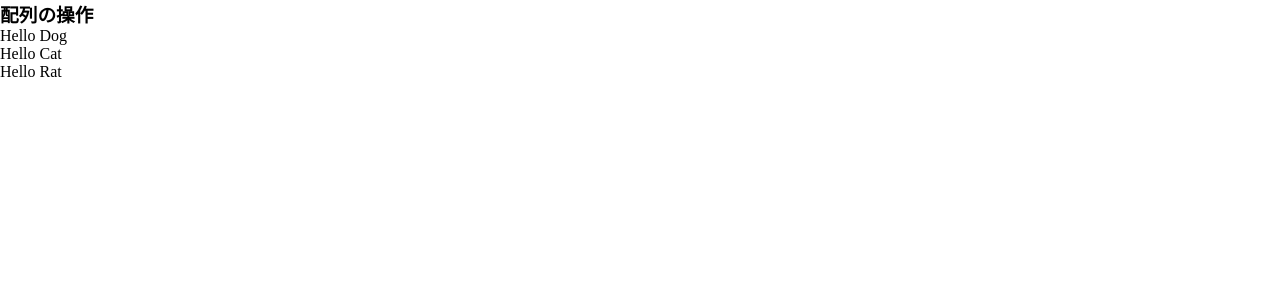
Repository: FujieRyou/react_practice
Page: /
An editor plug-in stored every save of this project. The page is shown before and after the next save, followed by the edit.
The browser window is 1280 px wide. The pictures show the whole page.
The project was rebuilt for these pictures with package versions that can differ from the ones it lists, and the page was loaded fresh each time. Also part of the build but not shown: vite.config.js, src/components/testComponent.jsx, src/components/todoComponent.jsx, src/components/countUp.jsx, src/components/switchFlag.jsx, src/components/props1.jsx, src/components/profile.jsx, src/components/ivent.jsx and 2 more.

Above is the page before, as saved 2023-01-23 16:27:22.

### src/App.jsx
import { useEffect } from "react"
import { useRef } from "react"
import { useState } from "react"
import TestComponent from "./components/testComponent"
import styles from "./scss/style.scss"
import Todolist from "./components/todoComponent"
import CountUp from "./components/countUp"
import SwitchFlag from "./components/switchFlag"
import PropsPractice from "./components/props1"
import Profile from "./components/profile"
import ChangeIvent from "./components/ivent"
import InputInterlocking from "./components/inputInterlocking"
import ShuffleNumArray from "./components/ShuffleNumArray"
import ArrayDisplay from "./components/arrayListDisplay"


const App = () =>{
  const profileInfo = [
    {name:"Takasi",age:20,from:"大阪"},
    {name:"Hirosi",age:19,from:"東京"},
    {name:"Musasi",age:21,from:"名古屋"},
]


  return(
    <div>
      {/* todolist作成中 */}
      {/* <Todolist /> */}

      {/* 押すたびにcountがupする(useState練習) */}
      {/* < CountUp /> */}

      {/* 押すたびにON,OFFがきりかわる(useState練習) */}
      {/* <SwitchFlag /> */}

    {/* props練習 */}
    {/* <PropsPractice color="red"/>
    <PropsPractice num={123}/>

    <Profile
      name={profileInfo[0].name}
      age={profileInfo[0].age}
      from={profileInfo[0].from}
    />

    <Profile
      {...profileInfo[1]}
    />

    <Profile/>

    <ChangeIvent />

    <InputInterlocking />

    <ShuffleNumArray /> */}

    <ArrayDisplay />

    </div>






  )
}


export default App

### src/scss/style.scss
@forward "_ress";

input{
    border: solid 1px black;
    width: 200px;
    height: 32px;
}

.btn{
    width: 56px;
    height: 32px;
    background-color: aquamarine;
}

.list{
    width: 200px;
    height: 100px;
    background-color: tomato;
    border: solid 1px skyblue;
    padding: 10px 12px;
    list-style-type: none;
}

.component{
    width: 200px;
    height: 150px;
    border: solid 5px green;
    color: green;
}
.component.red{
    width: 200px;
    height: 150px;
    border: solid 5px red;
    color: red;
}

.mouseInOut{
    width: 200px;
    height: 200px;
    background-color: aquamarine;
    margin-top: 20px;
}

.todoWrap{
    width: 400px;
    height: auto;
    margin: 0 auto;
    padding-top: 40px;
    h2{
        font-size: 26px;
    }
}

.addBtn{
    width: 80px;
    height: 54px;
    background-color: skyblue;
    margin-left: 8px;
}

.txtArea{
    width: 300px;
    height: 54px;
    margin-top: 24px;
    font-size: 24px;
}

.additionBtn{
    width: 40px;
    height: 40px;
    background-color: skyblue;
    margin-left: 4px;
}

.inputValueFilter{
    width: 100px;
    height: 24px;
    border: solid 1px black;
}

### src/components/arrayListDisplay.jsx
const animals = ["Dog","Cat","Rat"];
const ArrayDisplay = () =>{
    const animalList = []
    for(const animal of animals){
        animalList.push(<li>{animal}</li>)
    }
    const helloAnimals = animals.map((animal)=> <li>Hello {animal}</li>)
    return(
        <div>
            <h3>配列の操作</h3>
            <ul>
                {/* <li>{animals[0]}</li>
                <li>{animals[1]}</li>
                <li>{animals[2]}</li> */}
                {/* {animalList} */}
                {/* {helloAnimals} */}
                {
                    animals.map((animal)=> <li key={animal}>Hello {animal}</li>)
                }
            </ul>
        </div>
    )
}

export default ArrayDisplay

### src/scss/_ress.scss
/*!
 * ress.css • v4.0.0
 * MIT License
 * github.com/filipelinhares/ress
 */

/* # =================================================================
   # Global selectors
   # ================================================================= */

   html {
    box-sizing: border-box;
    -webkit-text-size-adjust: 100%; /* Prevent adjustments of font size after orientation changes in iOS */
    word-break: normal;
    -moz-tab-size: 4;
    tab-size: 4;
  }

  *,
  ::before,
  ::after {
    background-repeat: no-repeat; /* Set `background-repeat: no-repeat` to all elements and pseudo elements */
    box-sizing: inherit;
  }

  ::before,
  ::after {
    text-decoration: inherit; /* Inherit text-decoration and vertical align to ::before and ::after pseudo elements */
    vertical-align: inherit;
  }

  * {
    padding: 0; /* Reset `padding` and `margin` of all elements */
    margin: 0;
  }

  /* # =================================================================
     # General elements
     # ================================================================= */

  hr {
    overflow: visible; /* Show the overflow in Edge and IE */
    height: 0; /* Add the correct box sizing in Firefox */
    color: inherit; /* Correct border color in Firefox. */
  }

  details,
  main {
    display: block; /* Render the `main` element consistently in IE. */
  }

  summary {
    display: list-item; /* Add the correct display in all browsers */
  }

  small {
    font-size: 80%; /* Set font-size to 80% in `small` elements */
  }

  [hidden] {
    display: none; /* Add the correct display in IE */
  }

  abbr[title] {
    border-bottom: none; /* Remove the bottom border in Chrome 57 */
    /* Add the correct text decoration in Chrome, Edge, IE, Opera, and Safari */
    text-decoration: underline;
    text-decoration: underline dotted;
  }

  a {
    background-color: transparent; /* Remove the gray background on active links in IE 10 */
  }

  a:active,
  a:hover {
    outline-width: 0; /* Remove the outline when hovering in all browsers */
  }

  code,
  kbd,
  pre,
  samp {
    font-family: monospace, monospace; /* Specify the font family of code elements */
  }

  pre {
    font-size: 1em; /* Correct the odd `em` font sizing in all browsers */
  }

  b,
  strong {
    font-weight: bolder; /* Add the correct font weight in Chrome, Edge, and Safari */
  }

  /* https://gist.github.com/unruthless/413930 */
  sub,
  sup {
    font-size: 75%;
    line-height: 0;
    position: relative;
    vertical-align: baseline;
  }

  sub {
    bottom: -0.25em;
  }

  sup {
    top: -0.5em;
  }

  table {
    border-color: inherit; /* Correct border color in all Chrome, Edge, and Safari. */
    text-indent: 0; /* Remove text indentation in Chrome, Edge, and Safari */
  }

  /* # =================================================================
     # Forms
     # ================================================================= */

  input {
    border-radius: 0;
  }

  /* Replace pointer cursor in disabled elements */
  [disabled] {
    cursor: default;
  }

  [type='number']::-webkit-inner-spin-button,
  [type='number']::-webkit-outer-spin-button {
    height: auto; /* Correct the cursor style of increment and decrement buttons in Chrome */
  }

  [type='search'] {
    -webkit-appearance: textfield; /* Correct the odd appearance in Chrome and Safari */
    outline-offset: -2px; /* Correct the outline style in Safari */
  }

  [type='search']::-webkit-search-decoration {
    -webkit-appearance: none; /* Remove the inner padding in Chrome and Safari on macOS */
  }

  textarea {
    overflow: auto; /* Internet Explorer 11+ */
    resize: vertical; /* Specify textarea resizability */
  }

  button,
  input,
  optgroup,
  select,
  textarea {
    font: inherit; /* Specify font inheritance of form elements */
  }

  optgroup {
    font-weight: bold; /* Restore the font weight unset by the previous rule */
  }

  button {
    overflow: visible; /* Address `overflow` set to `hidden` in IE 8/9/10/11 */
  }

  button,
  select {
    text-transform: none; /* Firefox 40+, Internet Explorer 11- */
  }

  /* Apply cursor pointer to button elements */
  button,
  [type='button'],
  [type='reset'],
  [type='submit'],
  [role='button'] {
    cursor: pointer;
    color: inherit;
  }

  /* Remove inner padding and border in Firefox 4+ */
  button::-moz-focus-inner,
  [type='button']::-moz-focus-inner,
  [type='reset']::-moz-focus-inner,
  [type='submit']::-moz-focus-inner {
    border-style: none;
    padding: 0;
  }

  /* Replace focus style removed in the border reset above */
  button:-moz-focusring,
  [type='button']::-moz-focus-inner,
  [type='reset']::-moz-focus-inner,
  [type='submit']::-moz-focus-inner {
    outline: 1px dotted ButtonText;
  }

  button,
  html [type='button'], /* Prevent a WebKit bug where (2) destroys native `audio` and `video`controls in Android 4 */
  [type='reset'],
  [type='submit'] {
    -webkit-appearance: button; /* Correct the inability to style clickable types in iOS */
  }

  /* Remove the default button styling in all browsers */
  button,
  input,
  select,
  textarea {
    background-color: transparent;
    border-style: none;
  }

  a:focus,
  button:focus,
  input:focus,
  select:focus,
  textarea:focus {
    outline-width: 0;
  }

  /* Style select like a standard input */
  select {
    -moz-appearance: none; /* Firefox 36+ */
    -webkit-appearance: none; /* Chrome 41+ */
  }

  select::-ms-expand {
    display: none; /* Internet Explorer 11+ */
  }

  select::-ms-value {
    color: currentColor; /* Internet Explorer 11+ */
  }

  legend {
    border: 0; /* Correct `color` not being inherited in IE 8/9/10/11 */
    color: inherit; /* Correct the color inheritance from `fieldset` elements in IE */
    display: table; /* Correct the text wrapping in Edge and IE */
    max-width: 100%; /* Correct the text wrapping in Edge and IE */
    white-space: normal; /* Correct the text wrapping in Edge and IE */
    max-width: 100%; /* Correct the text wrapping in Edge 18- and IE */
  }

  ::-webkit-file-upload-button {
    /* Correct the inability to style clickable types in iOS and Safari */
    -webkit-appearance: button;
    color: inherit;
    font: inherit; /* Change font properties to `inherit` in Chrome and Safari */
  }

  /* # =================================================================
     # Specify media element style
     # ================================================================= */

  img {
    border-style: none; /* Remove border when inside `a` element in IE 8/9/10 */
  }

  /* Add the correct vertical alignment in Chrome, Firefox, and Opera */
  progress {
    vertical-align: baseline;
  }

  /* # =================================================================
     # Accessibility
     # ================================================================= */

  /* Specify the progress cursor of updating elements */
  [aria-busy='true'] {
    cursor: progress;
  }

  /* Specify the pointer cursor of trigger elements */
  [aria-controls] {
    cursor: pointer;
  }

  /* Specify the unstyled cursor of disabled, not-editable, or otherwise inoperable elements */
  [aria-disabled='true'] {
    cursor: default;
  }

### src/components/arrayFilter.jsx
import style from "../scss/style.scss";

const ArrayFilter = () =>{

    return(
        <div>
            <input type="text" className="inputValueFilter" />
        </div>
    )
}

export default ArrayFilter

Loaded but not shown: index.html (common file); src/main.jsx (common file)

After the next save:
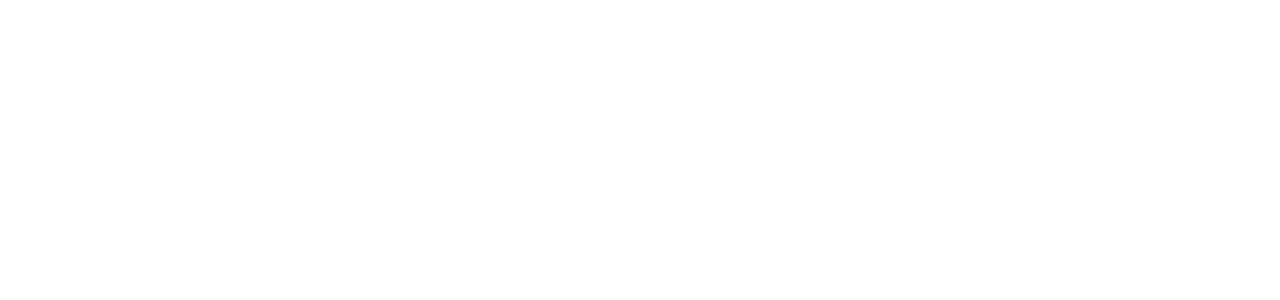
Console error: ReferenceError: ArrayFilter is not defined
Saved 21 s later.
--- a/src/App.jsx
+++ b/src/App.jsx
@@ -55,7 +55,10 @@
 
     <ShuffleNumArray /> */}
 
-    <ArrayDisplay />
+    {/* <ArrayDisplay /> */}
+
+    <ArrayFilter />
+
 
     </div>
 

After the save that followed:
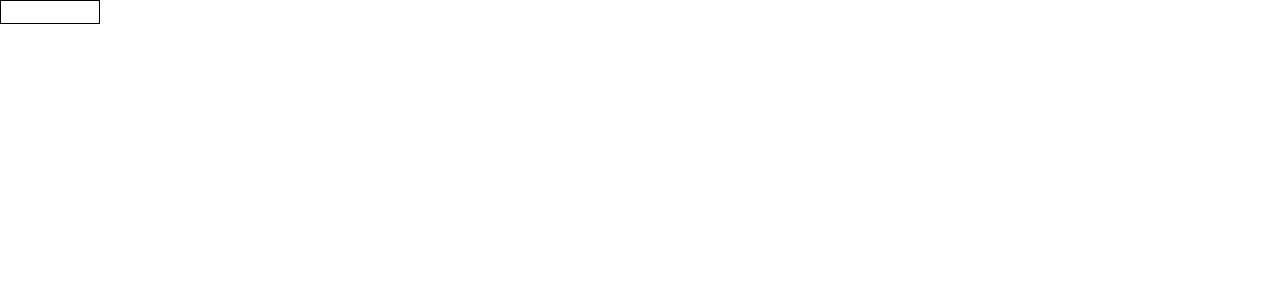
The error is gone.
Saved 24 s later.
--- a/src/App.jsx
+++ b/src/App.jsx
@@ -12,6 +12,7 @@
 import InputInterlocking from "./components/inputInterlocking"
 import ShuffleNumArray from "./components/ShuffleNumArray"
 import ArrayDisplay from "./components/arrayListDisplay"
+import ArrayFilter from "./components/arrayFilter"
 
 
 const App = () =>{
